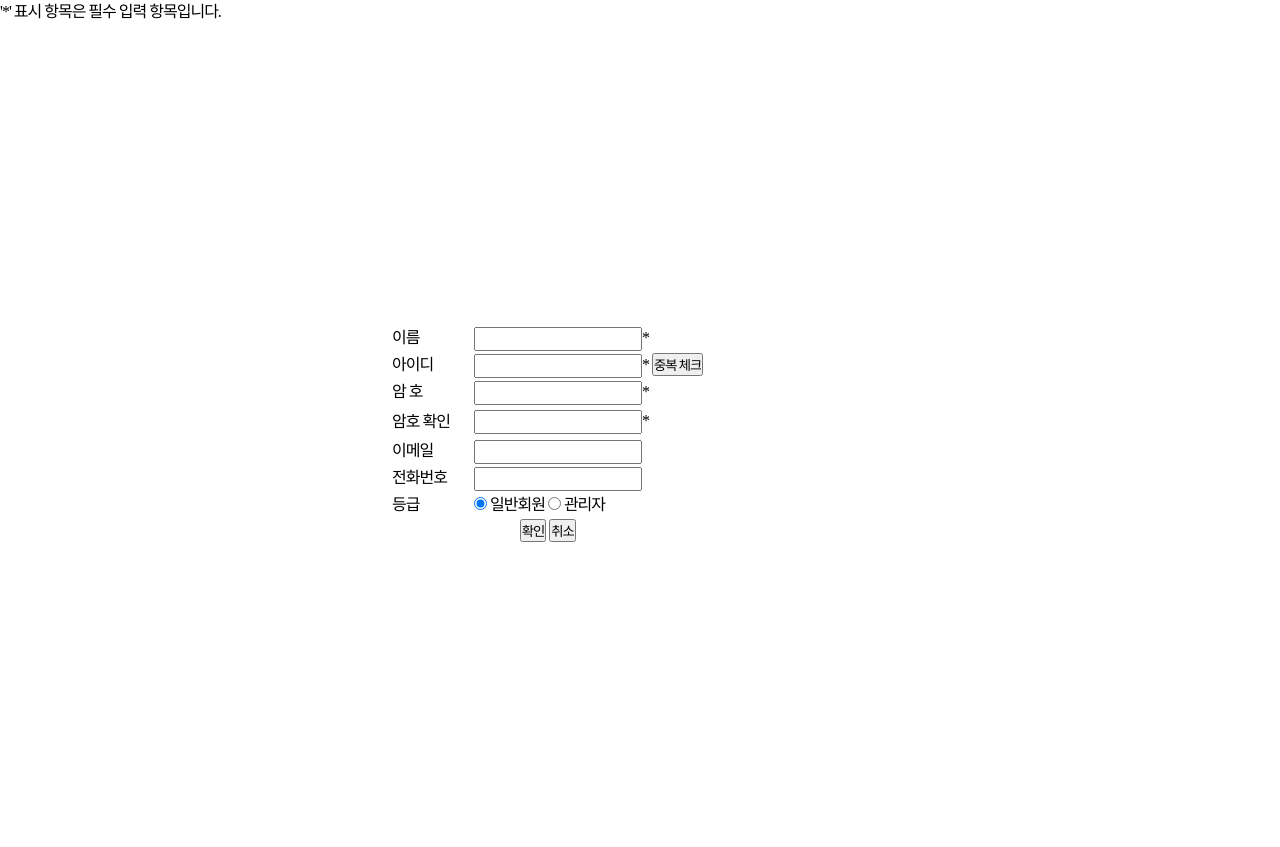
Repository: InhoKang92/jsp_1018
Page: http://localhost/Web_01/ModernServlet?command=mdh_join_form
An editor plug-in stored every save of this project. The page is shown before and after the next save, followed by the edit.
The browser window is 1280 px wide. The pictures show the whole page.
Some web fonts or font styles are not loaded; a fallback is used. The page is served by Tomcat 9.

Above is the page before, as saved 2024-10-16 01:53:44.

After the next save:
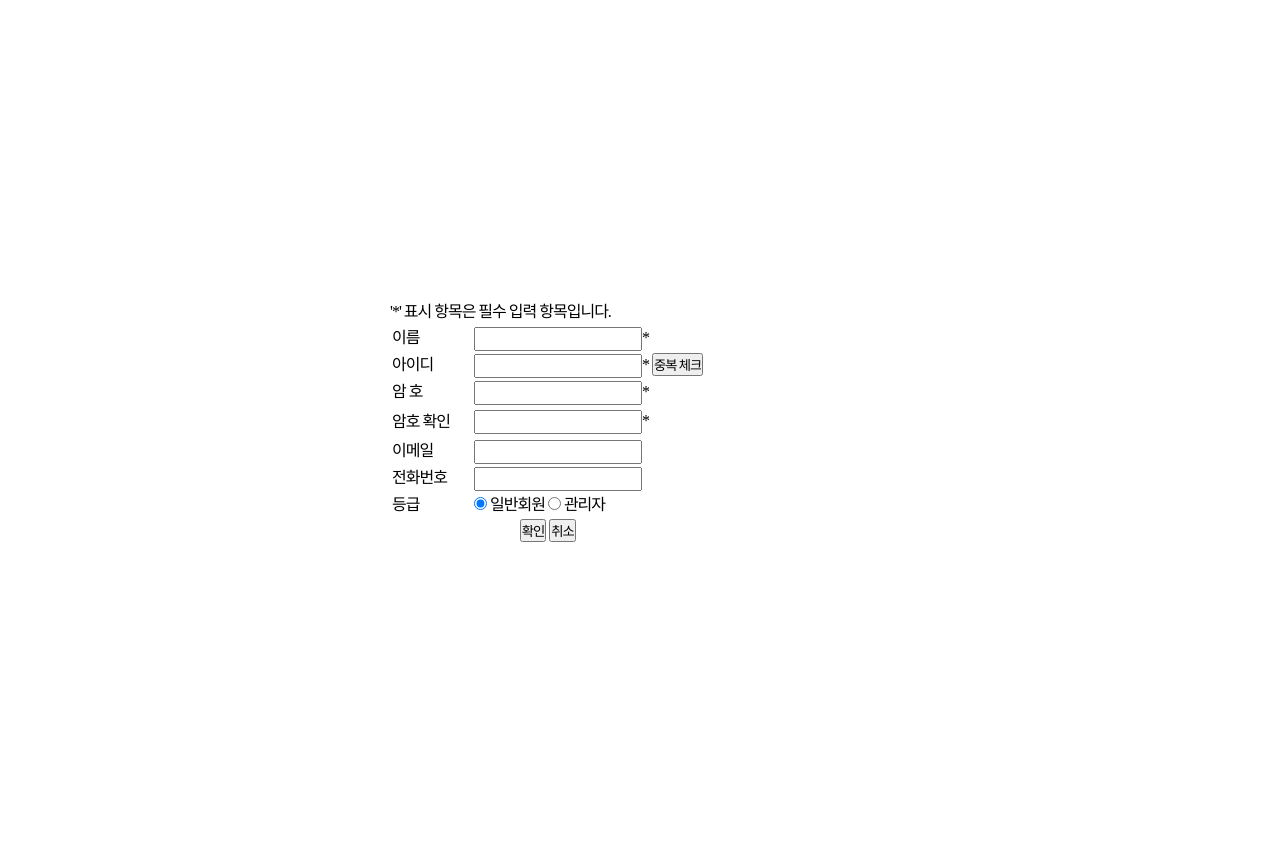
Saved 16 s later.
--- a/Web_01/src/main/webapp/member/join.jsp
+++ b/Web_01/src/main/webapp/member/join.jsp
@@ -12,8 +12,9 @@ pageEncoding="UTF-8"%>
 </head>
 <body>
 
+
+      <form method="post" name="frm" class="join_box">
       '*' 표시 항목은 필수 입력 항목입니다.
-      <form method="post" name="frm" class="join_box">
         <table>
           <tr>
             <td>이름</td>
